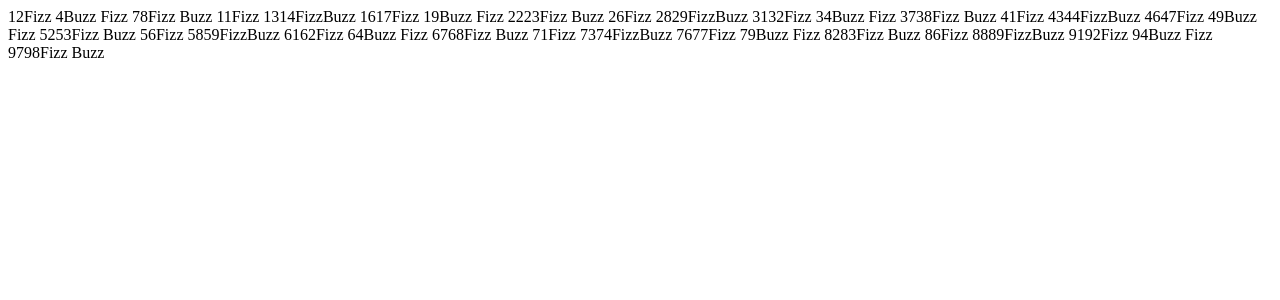
Repository: sktama/php-practice
Page: http://localhost/exercise/fizzbuzz.php
The author's editor kept a record of every edit. The page is drawn from the files as they stood at one moment, then again after the next edit.
The browser window is 1280 px wide. The pictures show the whole page.
The page is run by PHP 8.4 with error messages shown; the project is at /var/www/html/.

Above is the page before.

After the next edit:
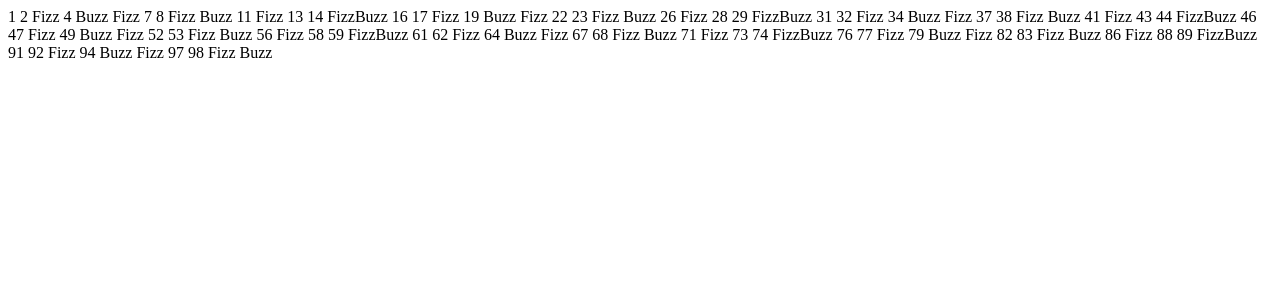
The edit:
--- a/exercise/fizzbuzz.php
+++ b/exercise/fizzbuzz.php
@@ -7,7 +7,7 @@
         } else if ($i % 5 == 0){
             echo "Buzz ";
         } else {
-            echo $i;
+            echo $i." ";
         }
         if($i % 10 == 0){
             echo "\n";
